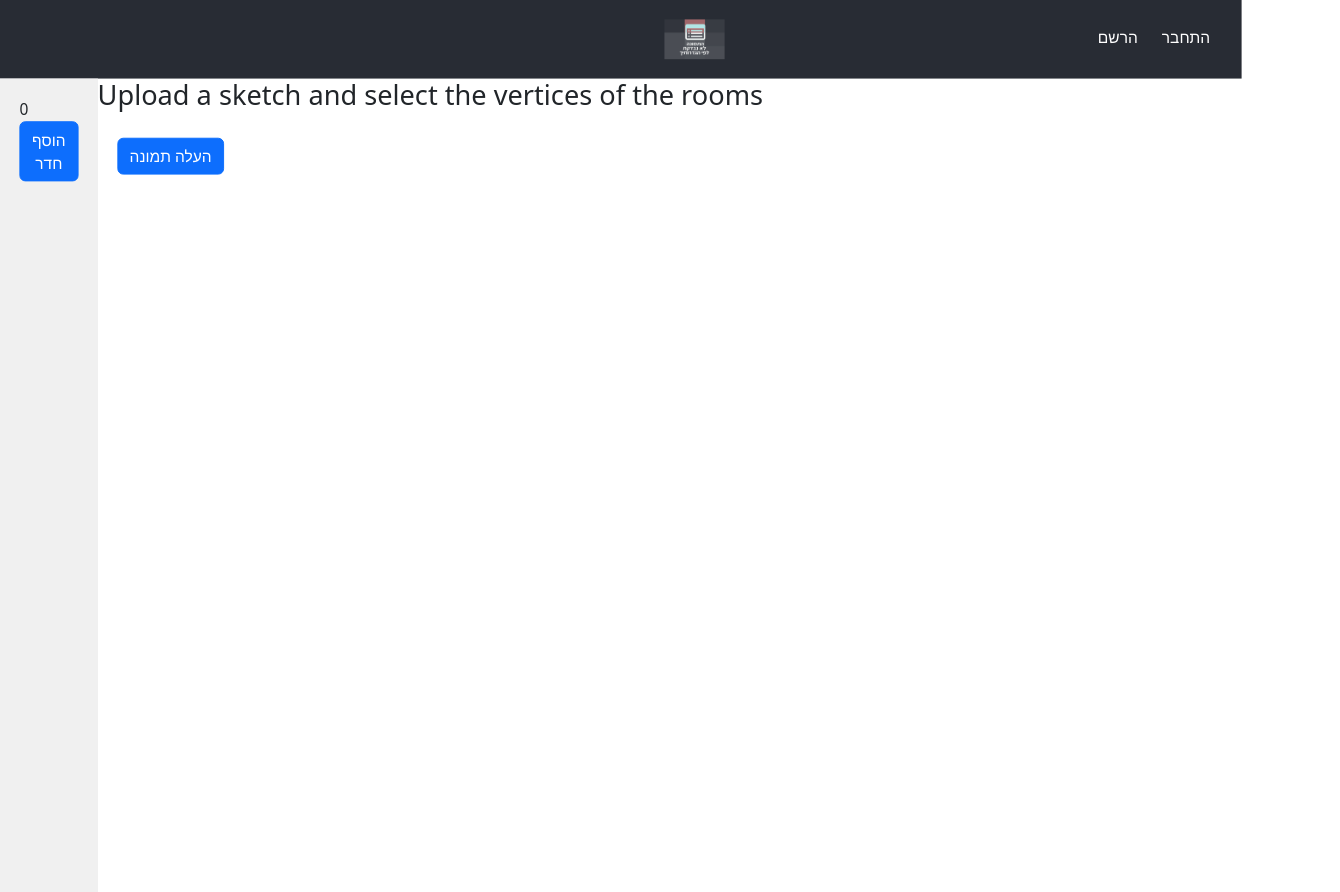
Repository: TamarHolzer/TamarHolzer-security_camera_project_client
Page: /optimal-coordinates
These files come from the project's save history. The page is drawn as it stood at one moment and after the next save; the edit follows.
The browser window is 1280 px wide. The page is 1381 px wide, so the pictures cover 1381 px, including what lies to the right of the window. The pictures show the whole page, at 97% of full size.
The page's requests for data from a server got no answer. The project was rebuilt for these pictures with package versions that can differ from the ones it lists, and the page was loaded fresh each time. No one was signed in, and anything a server would have sent is missing. Also part of the build but not shown: src/components/Login.js, src/pages/Home.js, src/components/ShowPlan.js, src/components/HistpryPlanning.js.

Above is the page before, as saved 2024-07-05 00:43:49.

After the next save:
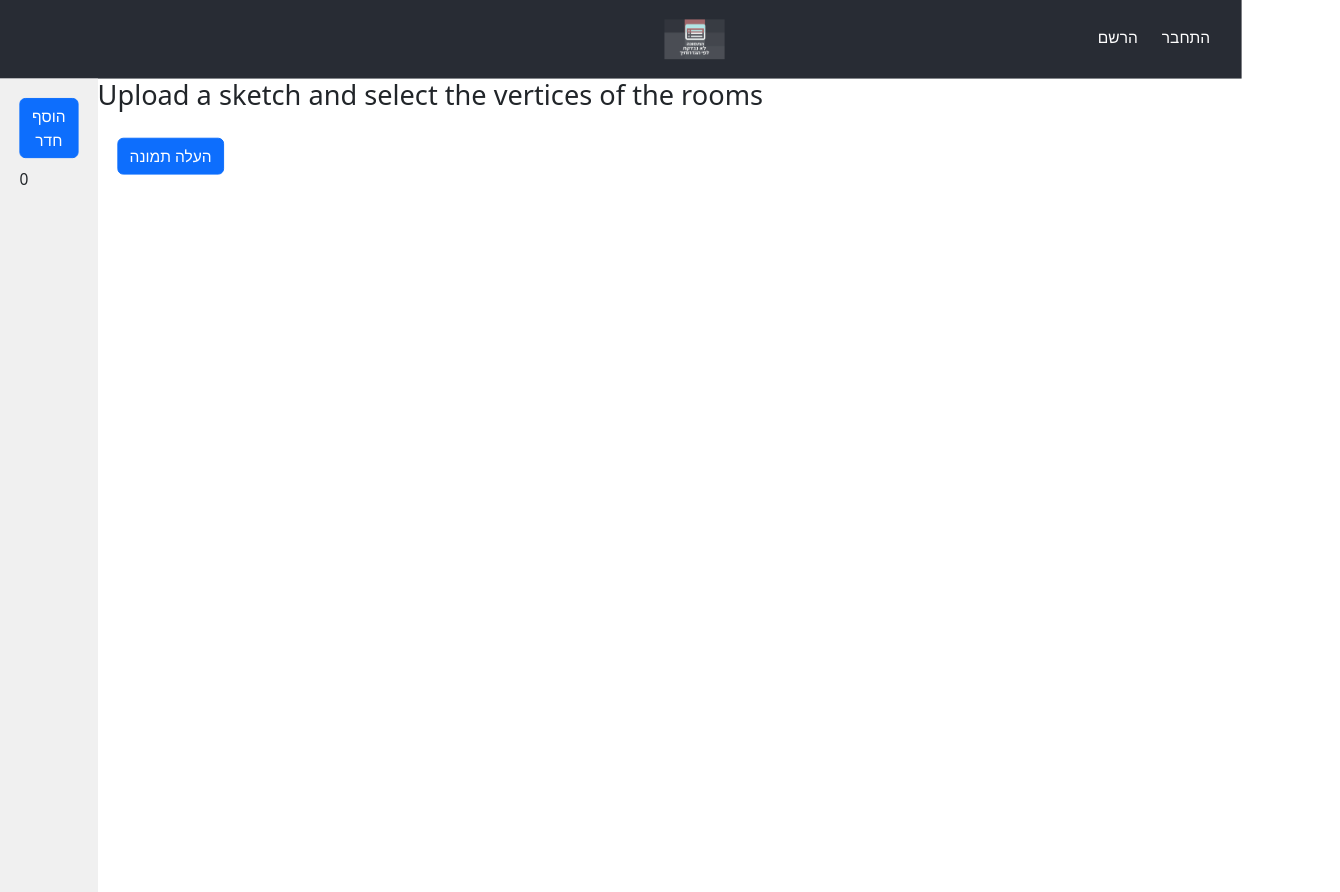
Saved 53 s later.
--- a/src/components/Xy_click.js
+++ b/src/components/Xy_click.js
@@ -72,14 +72,14 @@ function Xy_click() {
   return (
     <div className="page-wrapper">
       <div className="sidebar">
+      <Button as="a" variant="primary" onClick={addRoom}>
+        הוסף חדר
+      </Button>
       {rooms.length && (
         <Button className="buttons" as="a" variant="primary" onClick={sendList}>
           שלח
         </Button>
       )}
-      <Button as="a" variant="primary" onClick={addRoom}>
-        הוסף חדר
-      </Button>
         {coordinates.length > 0 && (
           <div id="coordinates">
             <h3>Coordinates:</h3>
